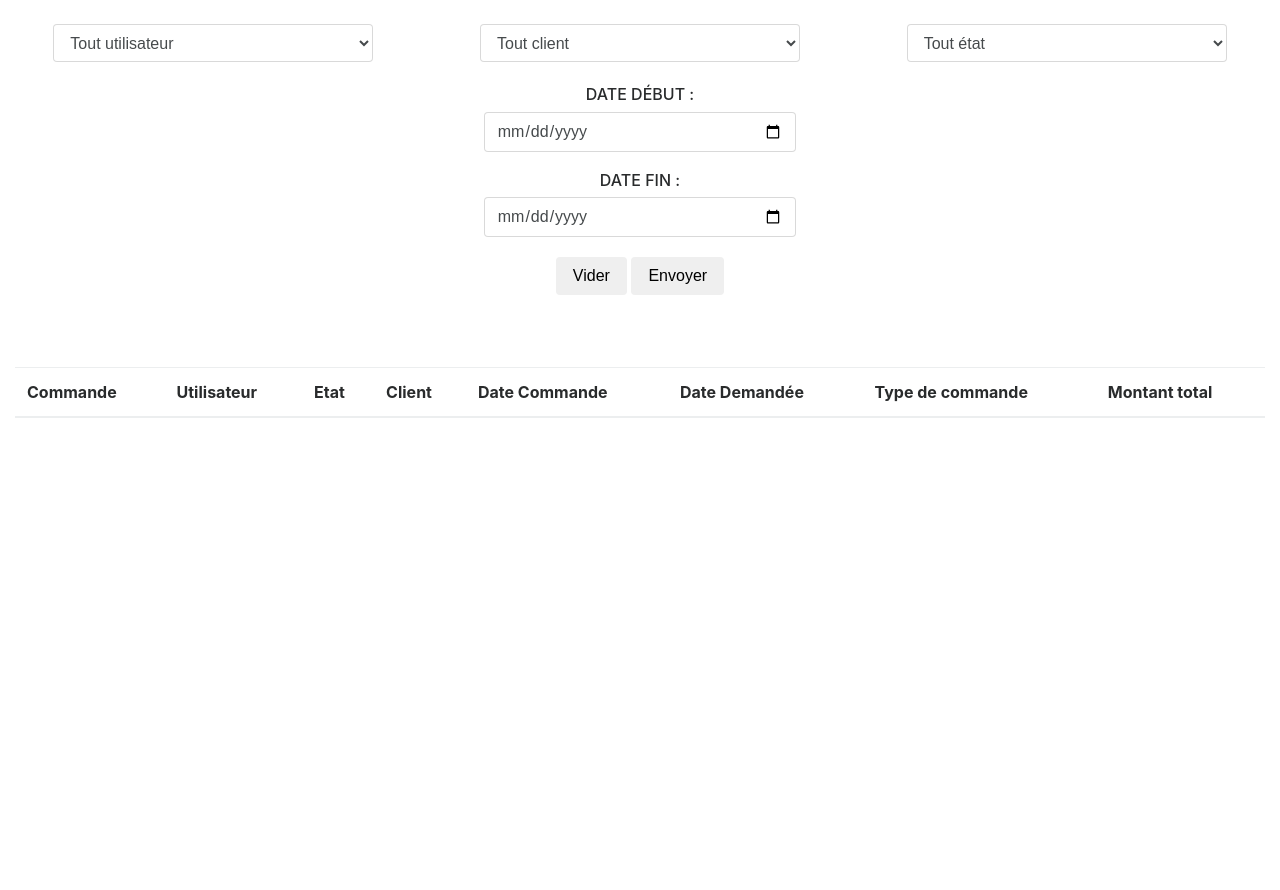
Repository: vmele/Cote
Page: http://localhost/PPE4_VMELE/reporting.jsp
The author's editor kept a copy of each file at every save. The page is drawn from the files as they stood at one save, then again after the next save.
The browser window is 1280 px wide. The pictures show the whole page.
Some web libraries are served in a nearby version. The page is served by Tomcat 9. Queries for data that is not in the repository find no rows.

Above is the page before, as saved 2017-05-31 17:05:42.
Console error (its wording comes from the project's code and is left out).

After the next save:
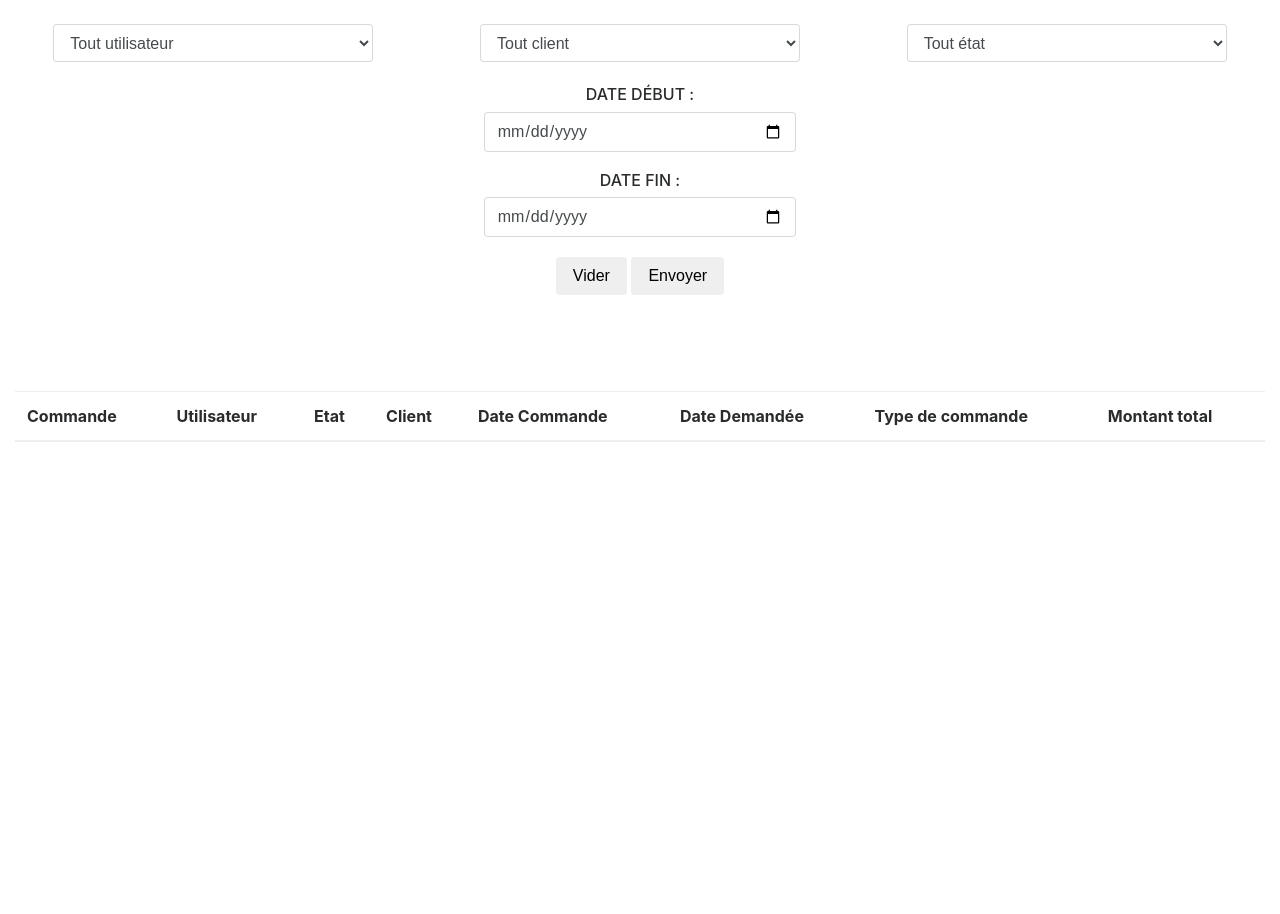
Saved 5 days later.
--- a/Workspace/PPE4_VMELE/WebContent/reporting.jsp
+++ b/Workspace/PPE4_VMELE/WebContent/reporting.jsp
@@ -67,7 +67,7 @@
 			<button id="searchListe" onclick="sendInfos()" type="button"
 				class="btn">Envoyer</button>
 		</div>
-		<br> <br>
+		<br> <br> <br>
 
 
 		<script type="text/javascript">
